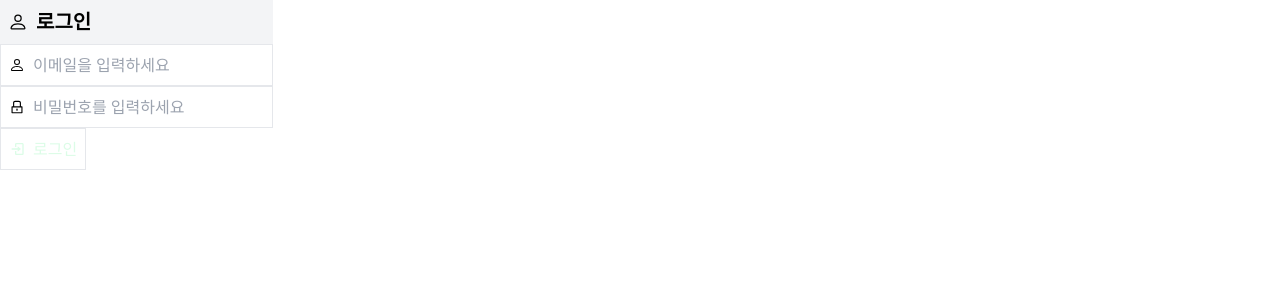
Repository: wanted-pre-onboarding-4/pre-onboarding-assignment-week-4-1-team-4
Page: /login (app in client/)
An editor plug-in stored every save of this project. The page is shown before and after the next save, followed by the edit.
The browser window is 1280 px wide. The pictures show the whole page.
The project was rebuilt for these pictures with package versions that can differ from the ones it lists, and the page was loaded fresh each time. Also part of the build but not shown: client/src/components/Footer.jsx, client/src/components/Header.jsx, client/src/components/Sider.jsx, client/src/components/Layout.jsx.

Above is the page before, as saved 2022-09-20 21:10:06.

### client/src/index.js
import React from 'react';
import ReactDOM from 'react-dom/client';
import App from './App';
import "./index.css"
const root = ReactDOM.createRoot(document.getElementById('root'));
root.render(
  <React.StrictMode>
    <App />
  </React.StrictMode>
);

### client/src/App.js
import { BrowserRouter as Router, Routes, Route } from 'react-router-dom';
import Layout from './components/Layout';
import Login from './pages/login/Login';

function App() {
  return (
    <Router>
      <Routes>
        <Route path="/login" element={<Login/>} />
        <Route element={<Layout />}>
          <Route path="/" element={<div>홈</div>} />
          <Route path="/users" element={<div>유저 목록 페이지</div>} />
          <Route path="/users/:user_id" element={<div>유저 상세 페이지</div>} />
          <Route path="/accounts" element={<div>계좌 목록 페이지</div>} />
          <Route path="/accounts/:account_id" element={<div>계좌 상세 페이지</div>} />
          <Route path="*" element={<div>404페이지</div>} />
        </Route>
      </Routes>
    </Router>
  );
}

export default App;

### client/src/index.css
#root{
  display: flex;
  height:100vh;
}

@tailwind base;
@tailwind components;
@tailwind utilities;

### client/src/pages/login/Login.jsx
import React from 'react';
import { BsPerson } from 'react-icons/bs';
import {AiOutlineLock} from "react-icons/ai"
import {BiLogIn} from "react-icons/bi"

const Login = () => {
  return (
    <div>
      <div className='flex items-center justify-start space-x-2 p-2 font-semibold text-xl bg-gray-100'>
        <BsPerson />
        <h1  >로그인</h1>
      </div>
      <form>
        <label className='flex items-center space-x-2 border-solid border-[1px] p-2'>
          <BsPerson />
          <input type="email" placeholder="이메일을 입력하세요" />
        </label>
        <label className='flex items-center space-x-2 border-solid border-[1px] p-2'>
          <AiOutlineLock />
          <input type="password" placeholder="비밀번호를 입력하세요" />
        </label>
        <button className='flex items-center space-x-2 border-solid border-[1px] p-2 disabled:text-green-100' disabled={true}><BiLogIn/><span>로그인</span></button>
      </form>
    </div>
  );
};

export default Login;

Loaded but not shown: client/public/index.html (common file); client/tailwind.config.js (common file)

After the next save:
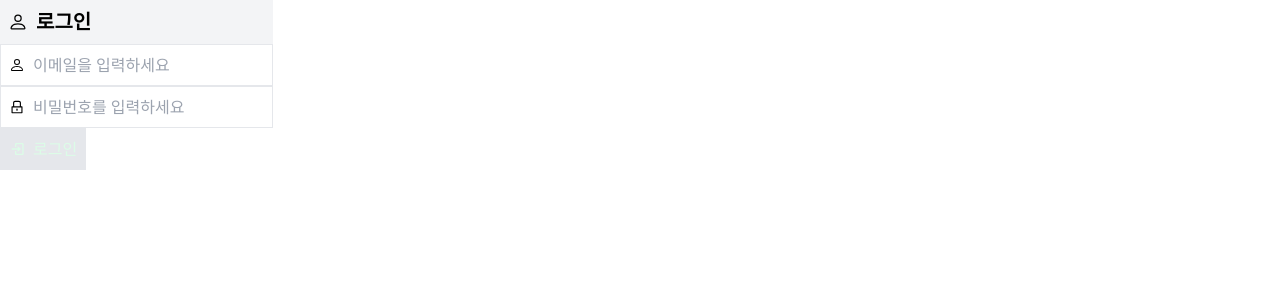
Saved 11 s later.
--- a/client/src/pages/login/Login.jsx
+++ b/client/src/pages/login/Login.jsx
@@ -19,7 +19,7 @@ const Login = () => {
           <AiOutlineLock />
           <input type="password" placeholder="비밀번호를 입력하세요" />
         </label>
-        <button className='flex items-center space-x-2 border-solid border-[1px] p-2 disabled:text-green-100' disabled={true}><BiLogIn/><span>로그인</span></button>
+        <button className='flex items-center space-x-2 border-solid border-[1px] p-2 disabled:text-green-100 bg-gray-200' disabled={true}><BiLogIn/><span>로그인</span></button>
       </form>
     </div>
   );
